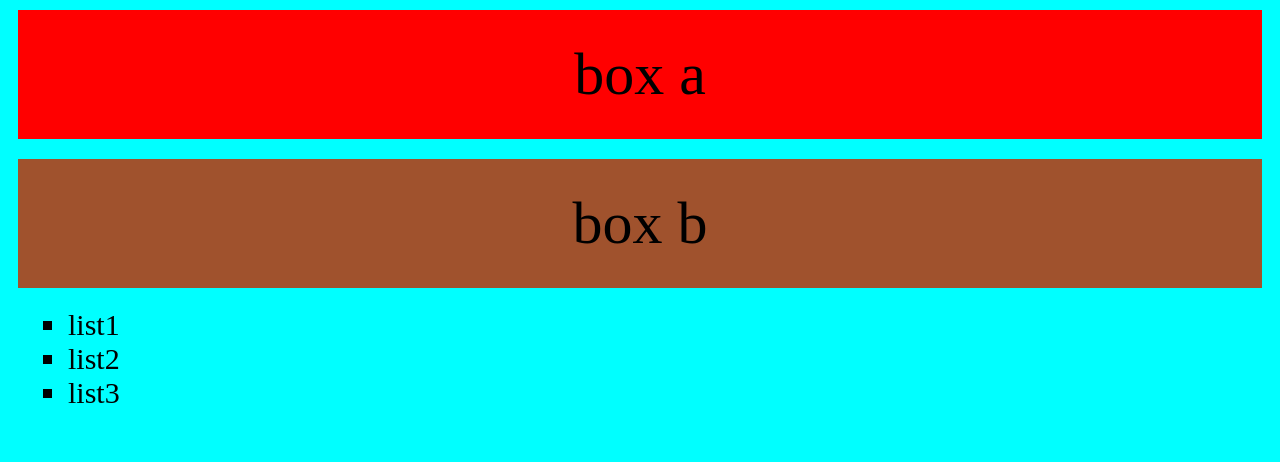
Repository: asifdotpy/testing-html-and-css
Page: index.html
An editor plug-in stored every save of this project. The page is shown before and after the next save, followed by the edit.
The browser window is 1280 px wide. The pictures show the whole page.

Above is the page before, as saved 2021-02-14 13:50:21.

### index.html
<!DOCTYPE html>
<html lang="en">
<head>
  <title>Bootstrap Example</title>
  <meta charset="utf-8">
  <meta name="viewport" content="width=device-width, initial-scale=1">
  <link rel="stylesheet" href="main.css">
</head>
<body>
      <div class="a">box a</div>
      <div class="b">box b</div>
      <div class="list">
        <ul>
          <li class="1">list1</li>
          <li class="2">list2</li>
          <li class="3">list3</li>
        </ul>
      </div>
</body>
</html>

### main.css
* {
    background-color: aqua;
}

div.a {
    font-size: 60px;
    margin: 10px 10px 20px;
    background-color: red;
    text-align: center;
    padding: 30px;
}

div.b {
    font-size: 60px;
    margin: 10px 10px 20px;
    background-color: sienna;
    text-align: center;
    padding: 30px;
}


ul {
    list-style-type: square;
    list-style-position: outside;
    margin: 20px;
    padding: 2;
}

ul li {
    font-size: 30px;
}

After the next save:
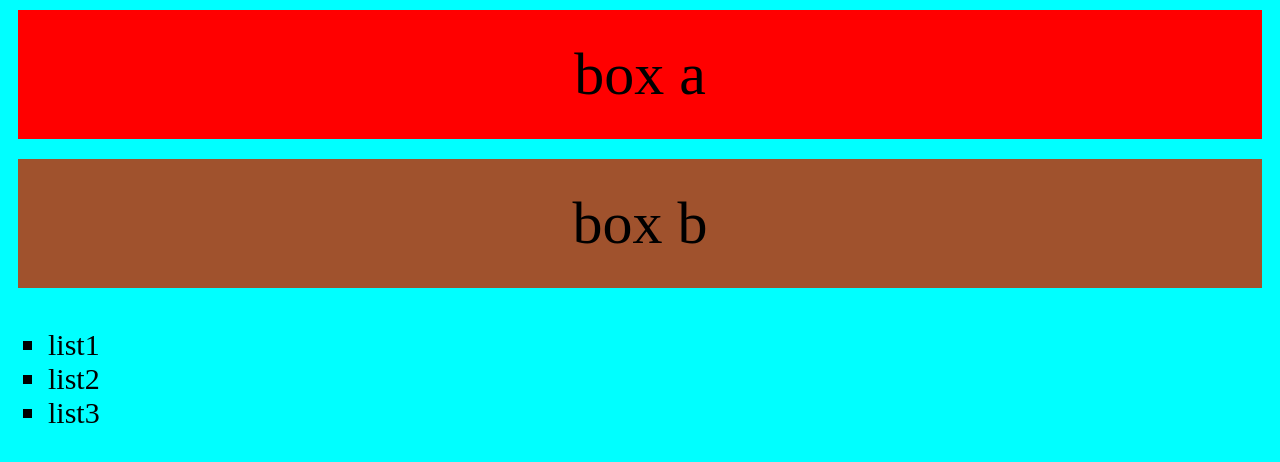
Saved 4 s later.
--- a/main.css
+++ b/main.css
@@ -23,7 +23,7 @@ ul {
     list-style-type: square;
     list-style-position: outside;
     margin: 20px;
-    padding: 2;
+    padding: 20px;
 }
 
 ul li {
